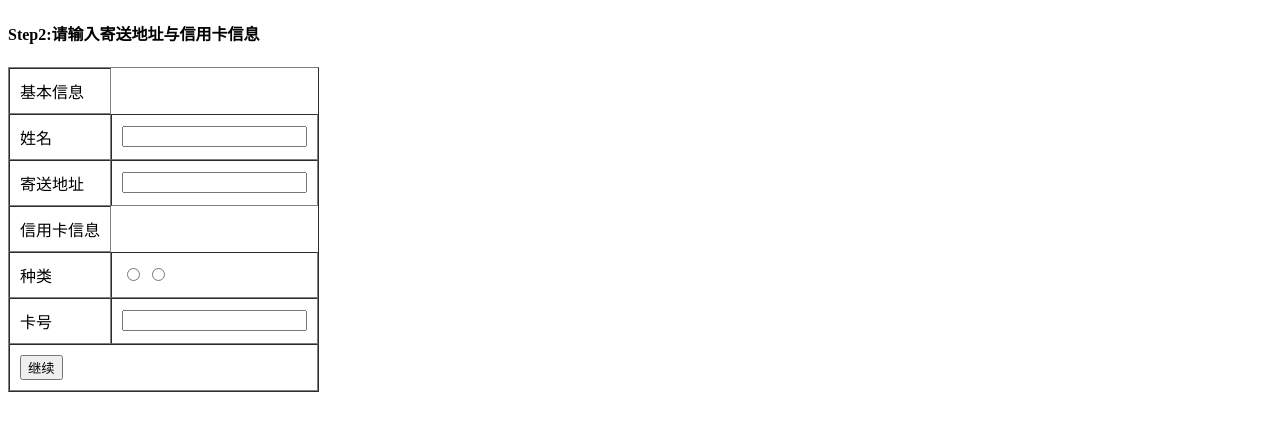
Repository: smilebingbing/java
Page: http://localhost/day_0103/shoppingcart/step-2.jsp
The author's editor kept a copy of each file at every save. The page is drawn from the files as they stood at one save, then again after the next save.
The browser window is 1280 px wide. The pictures show the whole page.
The page is served by Tomcat 9.

Above is the page before, as saved 2017-01-04 07:51:53.

After the next save:
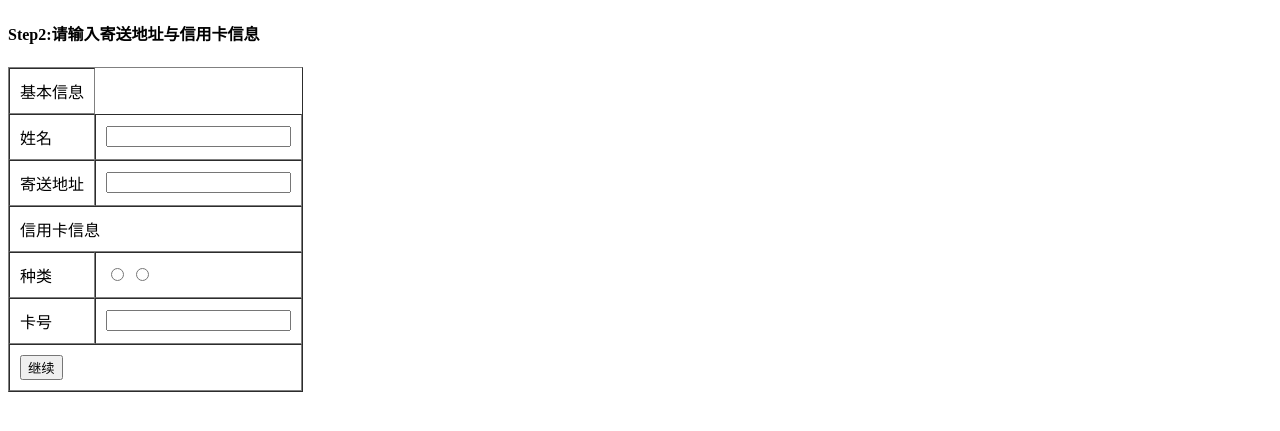
Saved 28 s later.
--- a/day_0103/WebContent/shoppingcart/step-2.jsp
+++ b/day_0103/WebContent/shoppingcart/step-2.jsp
@@ -23,7 +23,7 @@
 				<td><input type="text" name="" value="" /></td>
 			</tr>
 			<tr>
-				<td >信用卡信息</td>
+				<td colspan="2">信用卡信息</td>
 			</tr>
 			<tr>
 				<td>种类</td>
